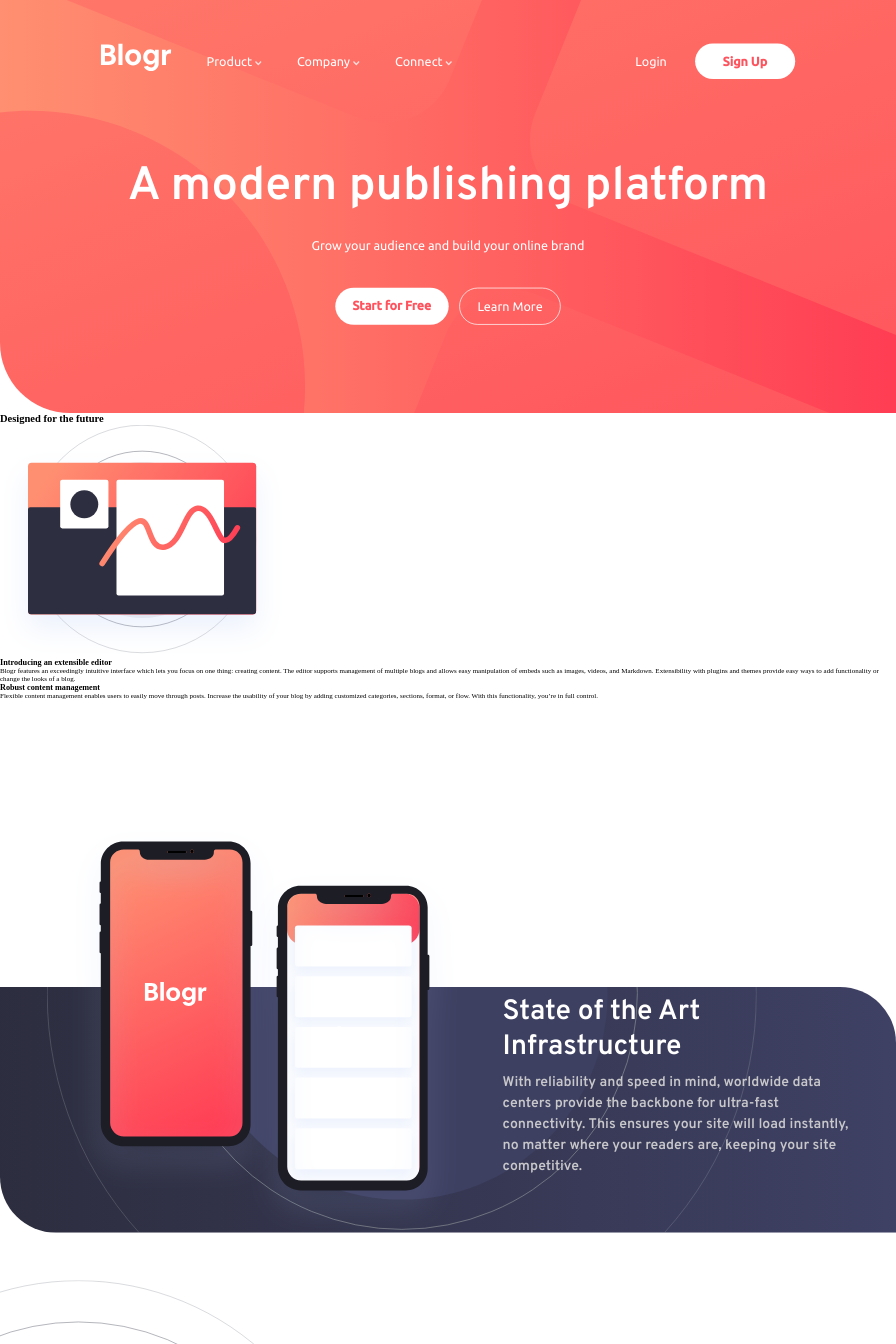
Repository: tomas938/tomaspage3
Page: index.html
The author's editor kept a copy of each file at every save. The page is drawn from the files as they stood at one save, then again after the next save.
The browser window is 1280 px wide. The pictures show the part of the page from y = 0 to 1920 px (the page is 3157 px tall), at 70% of full size.
The style sheet was rebuilt from its Sass, Less or Tailwind sources for each picture, by a compiler version that may differ from the author's.

Above is the page before, as saved 2021-07-31 09:49:40.

### index.html
<!DOCTYPE html>
<html lang="en">
	<head>
		<meta charset="UTF-8" />
		<meta name="viewport" content="width=device-width, initial-scale=1.0" />
		<!-- displays site properly based on user's device -->

		<link
			rel="icon"
			type="image/png"
			sizes="32x32"
			href="./images/favicon-32x32.png"
		/>

		<title>Frontend Mentor | [Blogr]</title>

		<link rel="stylesheet" href="./scss/main.css" />
	</head>
	<body>
		<section class="intro">
			<header>
				<nav class="intro__navigation">
					<div class="intro__navigation__logo">
						<svg width="101" height="40" xmlns="http://www.w3.org/2000/svg">
							<path
								d="M0 30.803V1.486h10.653c1.982 0 3.695.31 5.14.93 1.446.619 2.56 1.5 3.345 2.642.785 1.142 1.177 2.484 1.177 4.026 0 1.404-.303 2.636-.909 3.695a6.48 6.48 0 01-2.56 2.498c1.487.578 2.643 1.494 3.469 2.746.826 1.253 1.239 2.732 1.239 4.439 0 1.707-.44 3.18-1.322 4.418-.88 1.239-2.12 2.202-3.716 2.89-1.596.688-3.482 1.033-5.657 1.033H0zM5.946 6.565v6.73h4.046c1.35 0 2.388-.282 3.118-.846.73-.564 1.094-1.397 1.094-2.498 0-1.101-.365-1.94-1.094-2.519-.73-.578-1.769-.867-3.118-.867H5.946zm0 19.159h4.624c1.542 0 2.732-.33 3.572-.991.84-.66 1.26-1.61 1.26-2.85 0-1.238-.42-2.188-1.26-2.848-.84-.66-2.03-.991-3.572-.991H5.946v7.68zm19.282 5.079V0h5.781v30.803h-5.78zm20.893.619c-1.624 0-3.124-.29-4.5-.867a10.94 10.94 0 01-3.593-2.416 10.96 10.96 0 01-2.374-3.654c-.564-1.404-.846-2.931-.846-4.583 0-1.652.289-3.173.867-4.563a11.354 11.354 0 012.415-3.654 10.96 10.96 0 013.634-2.436c1.39-.578 2.91-.867 4.562-.867 1.625 0 3.125.289 4.501.867a10.94 10.94 0 013.592 2.416 11.01 11.01 0 012.375 3.633c.564 1.39.846 2.911.846 4.563 0 1.651-.289 3.179-.867 4.583a11.297 11.297 0 01-2.416 3.675 10.96 10.96 0 01-3.633 2.436c-1.39.578-2.911.867-4.563.867zm.083-5.203c1.046 0 1.982-.275 2.808-.825.825-.551 1.48-1.301 1.96-2.25.483-.95.723-2.03.723-3.242 0-1.211-.24-2.292-.722-3.241-.482-.95-1.136-1.7-1.961-2.25-.826-.551-1.762-.826-2.808-.826-1.046 0-1.982.275-2.808.825-.826.55-1.48 1.301-1.961 2.25-.482.95-.723 2.03-.723 3.242 0 1.211.241 2.292.723 3.241.482.95 1.135 1.7 1.961 2.25.826.551 1.762.826 2.808.826zm24.155 3.964a9.13 9.13 0 01-3.86-.826 9.492 9.492 0 01-3.118-2.291c-.881-.977-1.57-2.12-2.065-3.427-.495-1.308-.743-2.719-.743-4.233 0-1.569.255-3.02.764-4.356a10.614 10.614 0 012.147-3.489 10.174 10.174 0 013.22-2.333c1.225-.564 2.554-.846 3.985-.846 1.404 0 2.67.282 3.799.846a7.402 7.402 0 012.807 2.457l.124-2.684h5.327v19.2c0 1.68-.269 3.207-.805 4.584-.537 1.376-1.301 2.56-2.292 3.55a10.231 10.231 0 01-3.53 2.292c-1.363.537-2.87.805-4.522.805-1.624 0-3.083-.254-4.376-.764a10.468 10.468 0 01-3.386-2.126 10.035 10.035 0 01-2.271-3.18L67.097 32a5.452 5.452 0 001.92 1.879c.784.454 1.672.681 2.663.681 1.074 0 2.003-.24 2.787-.723.785-.481 1.397-1.156 1.838-2.023.44-.867.66-1.879.66-3.035v-1.775a7.793 7.793 0 01-2.828 2.333c-1.143.564-2.402.846-3.778.846zm1.404-5.12c1.018 0 1.92-.254 2.704-.764a5.556 5.556 0 001.879-2.064c.468-.867.702-1.851.702-2.952 0-1.102-.234-2.086-.702-2.953a5.556 5.556 0 00-1.879-2.064c-.784-.51-1.686-.764-2.704-.764-1.019 0-1.92.255-2.705.764a5.556 5.556 0 00-1.879 2.064c-.468.867-.702 1.851-.702 2.953 0 1.1.234 2.085.702 2.952a5.556 5.556 0 001.88 2.064c.784.51 1.685.764 2.704.764zm15.607 5.74V9h5.327l.206 3.304c.55-1.157 1.294-2.044 2.23-2.664.936-.62 2.037-.929 3.303-.929.386 0 .77.035 1.156.103.386.07.73.159 1.033.269l-.62 5.698a4.361 4.361 0 00-.929-.227 7.495 7.495 0 00-.97-.062c-1.597 0-2.822.489-3.675 1.466-.853.977-1.28 2.36-1.28 4.15v10.694h-5.78z"
								fill="#FFF"
								fill-rule="nonzero"
							/>
						</svg>
						<ul>
							<li>
								<a href="#">Product</a>
								<svg xmlns="http://www.w3.org/2000/svg" width="10" height="7">
									<path
										fill="none"
										stroke="#FFF"
										stroke-width="2"
										opacity=".75"
										d="M1 1l4 4 4-4"
									/>
								</svg>
							</li>
							<li>
								<a href="#">Company</a>
								<svg xmlns="http://www.w3.org/2000/svg" width="10" height="7">
									<path
										fill="none"
										stroke="#FFF"
										stroke-width="2"
										opacity=".75"
										d="M1 1l4 4 4-4"
									/>
								</svg>
							</li>
							<li>
								<a href="#">Connect</a>
								<svg xmlns="http://www.w3.org/2000/svg" width="10" height="7">
									<path
										fill="none"
										stroke="#FFF"
										stroke-width="2"
										opacity=".75"
										d="M1 1l4 4 4-4"
									/>
								</svg>
							</li>
						</ul>
					</div>
					<div class="intro__navigation__login">
						<div class="button button--1">Login</div>
						<div class="button button--2">Sign Up</div>
					</div>
					<div class="intro__navigation__mobile" id="mobileBtn">
						<span class="line1"></span>
						<span class="line2"></span>
						<span class="line3"></span>
					</div>

					<ul class="mobile__links">
						<li>
							<a href="#">Product</a>
							<svg xmlns="http://www.w3.org/2000/svg" width="10" height="7">
								<path
									fill="none"
									stroke="hsl(356, 100%, 66%)"
									stroke-width="2"
									opacity=".75"
									d="M1 1l4 4 4-4"
								/>
							</svg>
						</li>
						<li>
							<a href="#">Company</a>
							<svg xmlns="http://www.w3.org/2000/svg" width="10" height="7">
								<path
									fill="none"
									stroke="hsl(356, 100%, 66%)"
									stroke-width="2"
									opacity=".75"
									d="M1 1l4 4 4-4"
								/>
							</svg>
						</li>
						<li>
							<a href="#">Connect</a>
							<svg xmlns="http://www.w3.org/2000/svg" width="10" height="7">
								<path
									fill="none"
									stroke="hsl(356, 100%, 66%)"
									stroke-width="2"
									opacity=".75"
									d="M1 1l4 4 4-4"
								/>
							</svg>
						</li>
						<div class="buttons">
							<div class="button button--1">Login</div>
							<div class="button button--2">Sign Up</div>
						</div>
					</ul>
				</nav>
			</header>
			<div class="intro__description">
				<h1>A modern publishing platform</h1>
				<p>Grow your audience and build your online brand</p>
				<div class="intro__description__buttons">
					<div class="button button--3">Start for Free</div>
					<div class="button button--4">Learn More</div>
				</div>
			</div>
		</section>
		<section class="about">
			<h2>Designed for the future</h2>
			<div class="about__container">
				<img src="/images/illustration-editor-mobile.svg" alt="" />
				<div class="about__container__items">
					<div class="content">
						<h3>Introducing an extensible editor</h3>
						<p>
							Blogr features an exceedingly intuitive interface which lets you
							focus on one thing: creating content. The editor supports
							management of multiple blogs and allows easy manipulation of
							embeds such as images, videos, and Markdown. Extensibility with
							plugins and themes provide easy ways to add functionality or
							change the looks of a blog.
						</p>
					</div>
					<div class="content">
						<h3>Robust content management</h3>
						<p>
							Flexible content management enables users to easily move through
							posts. Increase the usability of your blog by adding customized
							categories, sections, format, or flow. With this functionality,
							you’re in full control.
						</p>
					</div>
				</div>
			</div>
		</section>
		<section class="mobiles">
			<img src="/images/illustration-phones.svg" alt="" />
			<div class="mobiles__content">
				<h2>State of the Art Infrastructure</h2>
				<p>
					With reliability and speed in mind, worldwide data centers provide the
					backbone for ultra-fast connectivity. This ensures your site will load
					instantly, no matter where your readers are, keeping your site
					competitive.
				</p>
			</div>
		</section>
		<section class="desktop">
			<div class="desktop__container">
				<img src="/images/illustration-laptop-mobile.svg" alt="" />
				<div class="desktop__container__items">
					<div class="content">
						<h3>Free, open, simple</h3>
						<p>
							Blogr is a free and open source application backed by a large
							community of helpful developers. It supports features such as code
							syntax highlighting, RSS feeds, social media integration,
							third-party commenting tools, and works seamlessly with Google
							Analytics. The architecture is clean and is relatively easy to
							learn.
						</p>
					</div>
					<div class="content">
						<h3>Powerful tooling</h3>
						<p>
							Batteries included. We built a simple and straightforward CLI tool
							that makes customization and deployment a breeze, but capable of
							producing even the most complicated sites.
						</p>
					</div>
				</div>
			</div>
		</section>
		<footer>
			<div class="logo">
				<img src="/images/logo.svg" alt="" />
			</div>
			<div class="product">
				<h5>Product</h5>
				<a href="#">Overview</a>
				<a href="#">Pricing</a>
				<a href="#">Marketplace</a>
				<a href="#">Features</a>
				<a href="#">Integrations</a>
			</div>
			<div class="company">
				<h5>Company</h5>
				<a href="#">About</a>
				<a href="#">Team</a>
				<a href="#">Blog</a>
				<a href="#">Careers</a>
			</div>
			<div class="connect">
				<h5>Connect</h5>
				<a href="#">Connect</a>
				<a href="#">Newsletter</a>
				<a href="#">LinkedIn</a>
			</div>
		</footer>
		<script src="main.js"></script>
	</body>
</html>

### main.js
const mobileBtn = document.querySelector("#mobileBtn");
mobileBtn.addEventListener("click", () => {
	mobileBtn.classList.toggle("active");
});

### scss/main.scss
@import "../scss_partials/variables";
@import "../scss_partials/resets";
@import "../scss_partials/intro";
@import "../scss_partials/about";
@import "../scss_partials/mobiles";
@import "../scss_partials/desktop";
@import "../scss_partials/footer";

### scss_partials/_variables.scss
//Colors

/* PRIMARY */

$light-red: hsl(356, 100%, 66%);
$very-light-red: hsl(355, 100%, 74%);
$very-dark-blue: hsl(208, 49%, 24%);

/* NEUTRAL */

$white: hsl(0, 0%, 100%);
$grayish-blue: hsl(240, 2%, 79%); //Footer Text
$very-dark-grayish-blue: hsl(207, 13%, 34%);
$very-dark-black-blue: hsl(240, 10%, 16%); //Footer Background

/* GRADIENT */

$very-light-red-gradient: hsl(13, 100%, 72%); // Intro /CTA
$light-red-gradient: hsl(353, 100%, 62%); // Intro /CTA

$very-dark-gray-blue: hsl(237, 17%, 21%); // Background body gradient
$very-dark-desaturated-blue: hsl(237, 23%, 32%); // Background body gradient

//Fonts

@import url("https://fonts.googleapis.com/css2?family=Overpass:wght@300;600&display=swap");

$font-primary: "Overpass", sans-serif;
$font-weight-primary-light: 300;
$font-weight-primary-bold: 600;

@import url("https://fonts.googleapis.com/css2?family=Ubuntu:ital,wght@0,400;0,500;1,700&display=swap");

$font-secondary: "Ubuntu", sans-serif;

$font-weight-secondary-light: 400;
$font-weight-secondary-medium: 500;
$font-weight-secondary-bold: 700;

### scss_partials/_resets.scss
* {
	margin: 0;
	padding: 0;
	box-sizing: border-box;
}
html {
	font-size: 62.5%;
	@media only screen and (max-width: 1000px) {
		font-size: 52.5%;
	}
}
li {
	list-style: none;
}
a {
	text-decoration: none;
}

### scss_partials/_intro.scss
.intro {
	height: 82vh;
	background-image: url(../images/bg-pattern-intro.svg),
		linear-gradient(to right, $very-light-red-gradient, $light-red-gradient);
	background-position: center center;
	border-bottom-left-radius: 10rem;
	font-family: $font-secondary;
	font-weight: $font-weight-secondary-light;
	color: $white;
	font-size: 1.8rem;
	header {
		width: 100%;
	}
	&__navigation {
		width: 77.5%;
		margin: auto;
		padding: 6.2rem 0;
		display: flex;
		justify-content: space-between;
		&__logo {
			display: flex;
		}
		ul {
			display: flex;
			align-items: center;
			@media only screen and (max-width: 900px) {
				display: none;
			}
		}
		li {
			margin-left: 5rem;
		}

		a {
			color: $white;
		}
		&__login {
			display: flex;
			align-items: center;
			@media only screen and (max-width: 900px) {
				display: none;
			}
		}
		&__mobile {
			display: flex;
			display: none;
			@media only screen and (max-width: 900px) {
				display: flex;
			}
			align-items: center;
			flex-direction: column;
			justify-content: center;
			span {
				width: 3.5rem;
				height: 0.4rem;
				background-color: $white;
				margin-top: 0.7rem;
			}
		}
		.mobile__links {
			visibility: hidden;
			position: absolute;
			background-color: $white;
			padding: 5rem;
			height: 40rem;
			width: 50%;
			font-family: $font-primary;
			font-weight: $font-weight-primary-bold;
			display: flex;
			flex-direction: column;
			align-items: center;
			justify-content: flex-start;
			border-bottom: 5px solid red;
			.active {
				visibility: visible !important;
			}
			svg {
				transform: scale(1);
				fill: $light-red;
				cursor: pointer;
			}
			ul {
			}
			li {
				margin-bottom: 4rem;
				display: flex;
				flex-direction: row;
				align-items: center;
			}
			a {
				color: $very-dark-black-blue;
				margin-right: 2rem;
				font-size: 2.2rem;
			}
			.buttons {
				width: 100%;
				border-top: 3px solid $grayish-blue;
			}
			.button--1 {
				width: 30%;
				margin: auto;
				font-size: 2.2rem;
				color: $very-dark-black-blue;
			}
			.button--2 {
				text-align: center;
				width: 30%;
				margin: auto;
				color: $white;
				background: linear-gradient(to right, $very-light-red, $light-red);
			}
		}
	}
	&__description {
		h1 {
			padding: 5rem 0 3rem 0;
			font-size: 6.7rem;
			text-align: center;
			font-family: $font-primary;
			font-weight: $font-weight-primary-bold;
			@media only screen and (max-width: 800px) {
				font-size: 4.7rem;
			}
			@media only screen and (max-width: 565px) {
				font-size: 3.7rem;
			}
		}
		p {
			text-align: center;
		}
		&__buttons {
			padding: 5rem 0;

			margin: auto;
			display: flex;
			justify-content: center;
		}
	}
}
.button {
	cursor: pointer;
	padding: 1.5rem 4rem;
	border-radius: 3rem;
}
.button--2 {
	background-color: $white;
	color: $light-red;
	font-family: $font-secondary;
	font-weight: $font-weight-secondary-bold;
	transition: all 0.3s ease-in-out;
}
.button--2:hover {
	background-color: hsla(0, 0%, 100%, 0.267);
	color: $white;
}
.button--3 {
	background-color: $white;
	color: $light-red;
	font-family: $font-secondary;
	font-weight: $font-weight-secondary-bold;
	transition: all 0.3s ease-in-out;
	padding: 1.5rem 2.5rem;
}
.button--3:hover {
	background-color: hsla(0, 0%, 100%, 0.267);
	color: $white;
}
.button--4 {
	margin-left: 1.5rem;
	border: 1px solid $white;
	padding: 1.5rem 2.5rem;
}

### scss_partials/about.scss
.about {
	height: 100vh;
}

### scss_partials/_mobiles.scss
.mobiles {
	margin-top: 10rem;
	background-image: url(../images/bg-pattern-circles.svg),
		linear-gradient(to right, $very-dark-gray-blue, $very-dark-desaturated-blue);

	background-repeat: no-repeat;
	background-position: 25% 75%;
	border-bottom-left-radius: 8rem;
	border-top-right-radius: 8rem;
	font-family: $font-primary;
	display: flex;
	align-items: flex-end;
	justify-content: flex-end;
	position: relative;
	color: $white;
	height: 35.1rem;
	@media only screen and (max-width: 900px) {
		height: 55.1rem;
	}
	img {
		position: absolute;
		left: 8%;
		@media only screen and (max-width: 1150px) {
			left: 1%;
		}
		@media only screen and (max-width: 1000px) {
			transform: scale(0.75);
			top: -42%;
			left: -5%;
		}
		@media only screen and (max-width: 900px) {
			transform: scale(0.75);
			left: 50%;
			top: -36%;
			transform: translateX(-50%);
			height: 90%;
		}
		@media only screen and (max-width: 570px) {
			height: 80%;

			top: -35%;
		}
		@media only screen and (max-width: 338px) {
			height: 60%;
			top: -29%;
		}
	}
	&__content {
		margin-right: 17rem;
		padding: 10rem 0;
		width: 40%;
		@media only screen and (max-width: 1350px) {
			margin-right: 5rem;
			padding: 8rem 0;
		}

		@media only screen and (max-width: 900px) {
			margin-right: 2rem;
			width: 50%;
			width: 80%;
			margin: 0 auto;
			text-align: center;
		}
		@media only screen and (max-width: 570px) {
			padding: 4rem 0;
		}

		h2 {
			font-size: 4rem;
			font-weight: $font-weight-primary-bold;
		}
		p {
			margin-top: 1rem;
			font-size: 2rem;
			line-height: 3rem;
			font-weight: $font-weight-primary-bold;
			color: $grayish-blue;
		}
	}
}

### scss_partials/_desktop.scss
.desktop {
	padding: 20rem 0;
	font-family: $font-primary;
	background-image: url(../images/illustration-laptop-desktop.svg);
	background-repeat: no-repeat;
	background-position: bottom 10rem left -28rem;
	@media only screen and (max-width: 1250px) {
		background-position: bottom 10rem left -38rem;
	}
	@media only screen and (max-width: 1100px) {
		background-position: bottom 10rem left -50rem;
	}
	@media only screen and (max-width: 1000px) {
		background-position: bottom 6rem left -55rem;
	}
	@media only screen and (max-width: 900px) {
		background-image: url("");
	}
	h2 {
		text-align: center;
		font-size: 4rem;
		color: $very-dark-blue;
		padding: 17rem 0 10rem 0;
	}
	&__container {
		display: flex;
		justify-content: flex-end;
		@media only screen and (max-width: 900px) {
			display: flex;
			flex-direction: column;
		}
		img {
			display: none;
			@media only screen and (max-width: 900px) {
				display: block;
				margin: 5rem auto;
				display: flex;
				flex-direction: column;
			}
			@media only screen and (max-width: 550px) {
				width: 100%;
				height: 100%;
			}
		}
		&__items {
			width: 50%;
			@media only screen and (max-width: 900px) {
				width: 80%;
				margin: auto;
				text-align: center;
			}
		}
		.content {
			margin-right: 17rem;
			@media only screen and (max-width: 1350px) {
				margin-right: 5rem;
			}
			@media only screen and (max-width: 900px) {
				margin-right: 0rem;
			}
		}
		h3 {
			font-size: 3rem;
			color: $very-dark-blue;
		}
		p {
			color: $very-dark-grayish-blue;
			line-height: 3rem;
			padding: 4rem 0 8rem;
			font-size: 2rem;
		}
	}
}

### scss_partials/_footer.scss
footer {
	padding: 10rem 15rem;
	background-color: $very-dark-black-blue;
	color: $grayish-blue;
	border-top-right-radius: 15rem;
	display: flex;
	flex-direction: column;
	align-items: center;
	font-family: $font-primary;
	@media only screen and (max-width: 800px) {
		padding: 10rem 0rem;
	}
	@media only screen and (min-width: 500px) {
		flex-direction: row;
		align-items: flex-start;
		justify-content: space-around;
	}
	.product {
		display: flex;
		flex-direction: column;
		align-items: flex-start;
		padding: 2rem;
		@media only screen and (min-width: 500px) {
			padding: 0rem;
			justify-items: flex-start;
		}
	}
	.company {
		display: flex;
		flex-direction: column;
		align-items: flex-start;
		padding: 2rem;
		@media only screen and (min-width: 500px) {
			padding: 0rem;
			justify-items: flex-start;
		}
	}
	.connect {
		display: flex;
		flex-direction: column;
		align-items: flex-start;
		padding: 2rem;
		@media only screen and (min-width: 500px) {
			padding: 0rem;
			justify-items: flex-start;
		}
	}
	a {
		color: $grayish-blue;
		font-size: 2rem;
		margin-bottom: 1rem;
		position: relative;
	}
	a::before {
		content: "";
		position: absolute;
		top: 23px;
		width: 50%;
		left: 20%;
		height: 0.3rem;
		background-color: $grayish-blue;
		opacity: 0;
		transition: all 0.3s ease-in-out;
	}
	a:hover::before {
		opacity: 1;
		left: 0;
		width: 100%;
		transition: all 0.3s ease-in-out;
	}
	h5 {
		font-size: 2.5rem;
		padding: 3rem;
		padding-left: 0;
		color: $white;
		@media only screen and (min-width: 500px) {
			padding-top: 0rem;
		}
	}
}

After the next save:
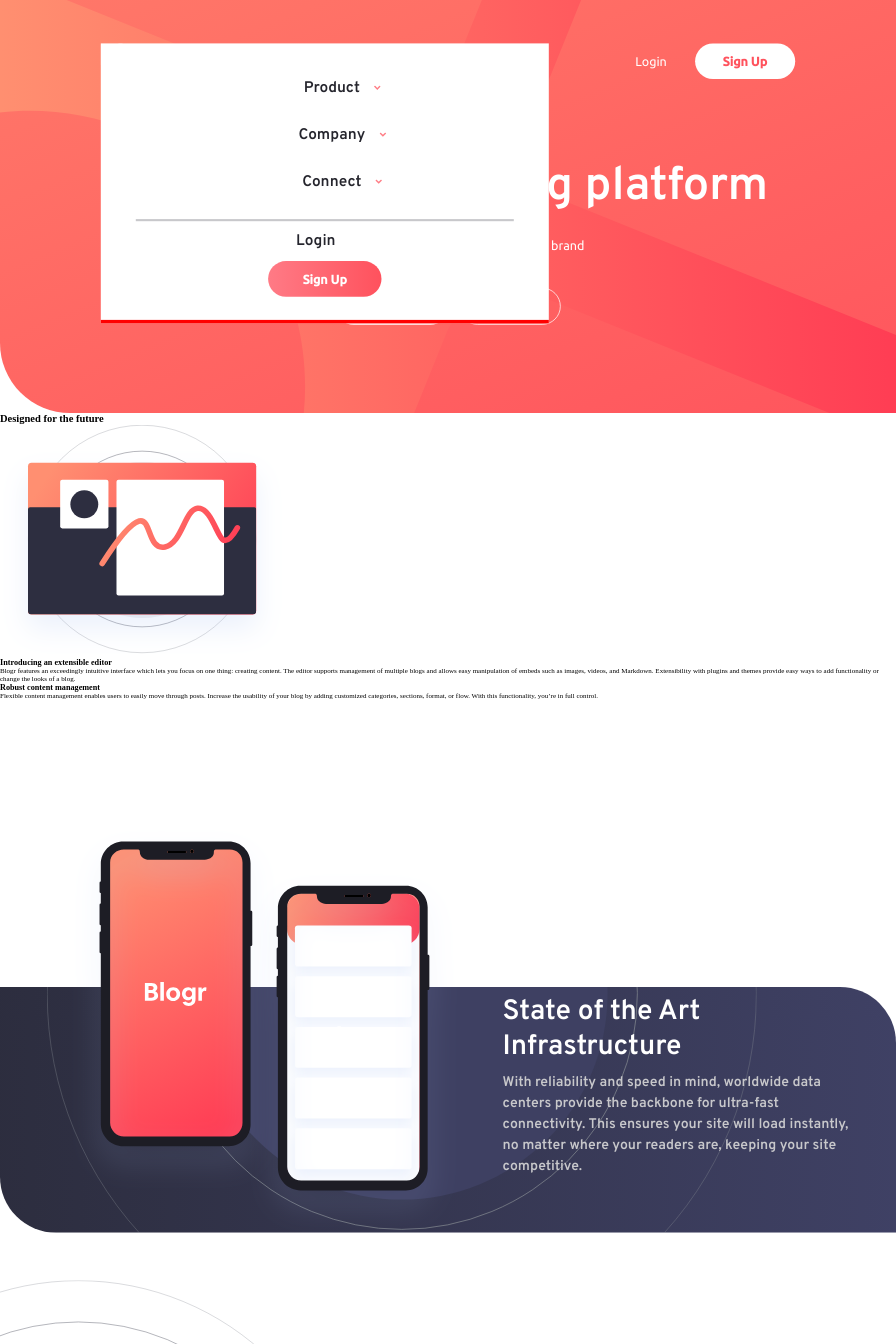
Saved 11 s later.
--- a/scss_partials/_intro.scss
+++ b/scss_partials/_intro.scss
@@ -58,7 +58,7 @@
 			}
 		}
 		.mobile__links {
-			visibility: hidden;
+			visibility: visible;
 			position: absolute;
 			background-color: $white;
 			padding: 5rem;
@@ -72,7 +72,7 @@
 			justify-content: flex-start;
 			border-bottom: 5px solid red;
 			.active {
-				visibility: visible !important;
+				// visibility: visible !important;
 			}
 			svg {
 				transform: scale(1);
